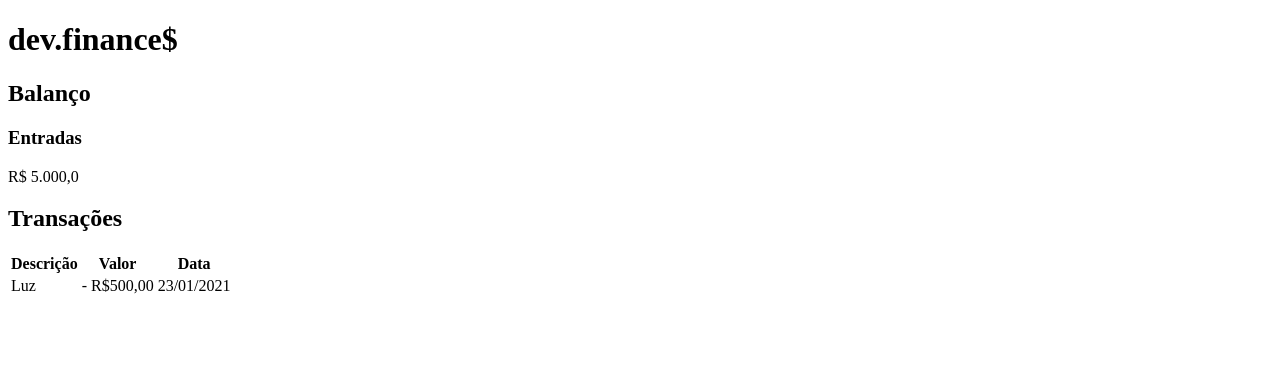
Repository: rafaelmgr12/maratona-dev01
Page: index.html
An editor plug-in stored every save of this project. The page is shown before and after the next save, followed by the edit.
The browser window is 1280 px wide. The pictures show the whole page.

Above is the page before, as saved 2021-04-26 19:07:10.

After the next save:
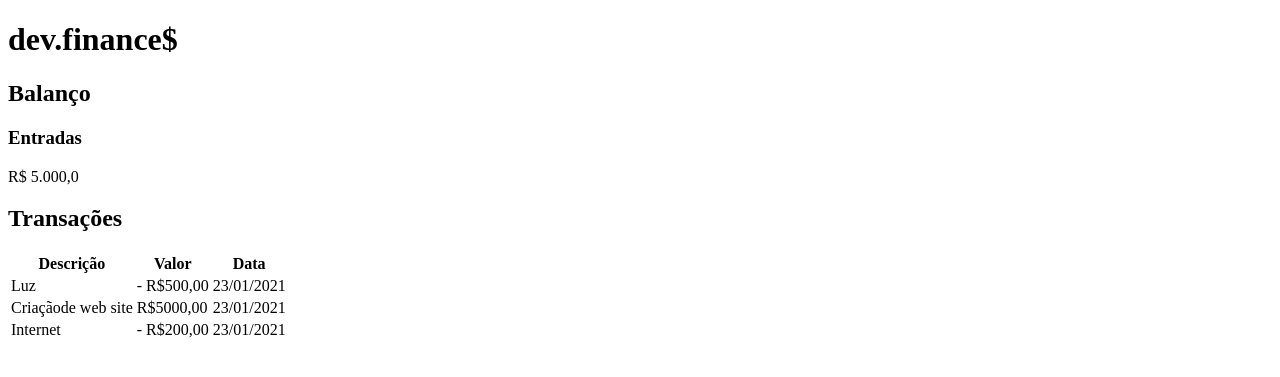
Saved 47 s later.
--- a/index.html
+++ b/index.html
@@ -26,6 +26,16 @@
           <td>- R$500,00</td>
           <td>23/01/2021</td>
         </tr>
+        <tr>
+            <td>Criaçãode web site</td>
+            <td>R$5000,00</td>
+            <td>23/01/2021</td>
+          </tr>
+          <tr>
+            <td>Internet</td>
+            <td>- R$200,00</td>
+            <td>23/01/2021</td>
+          </tr>
       </tbody>
     </table>
   </body>
